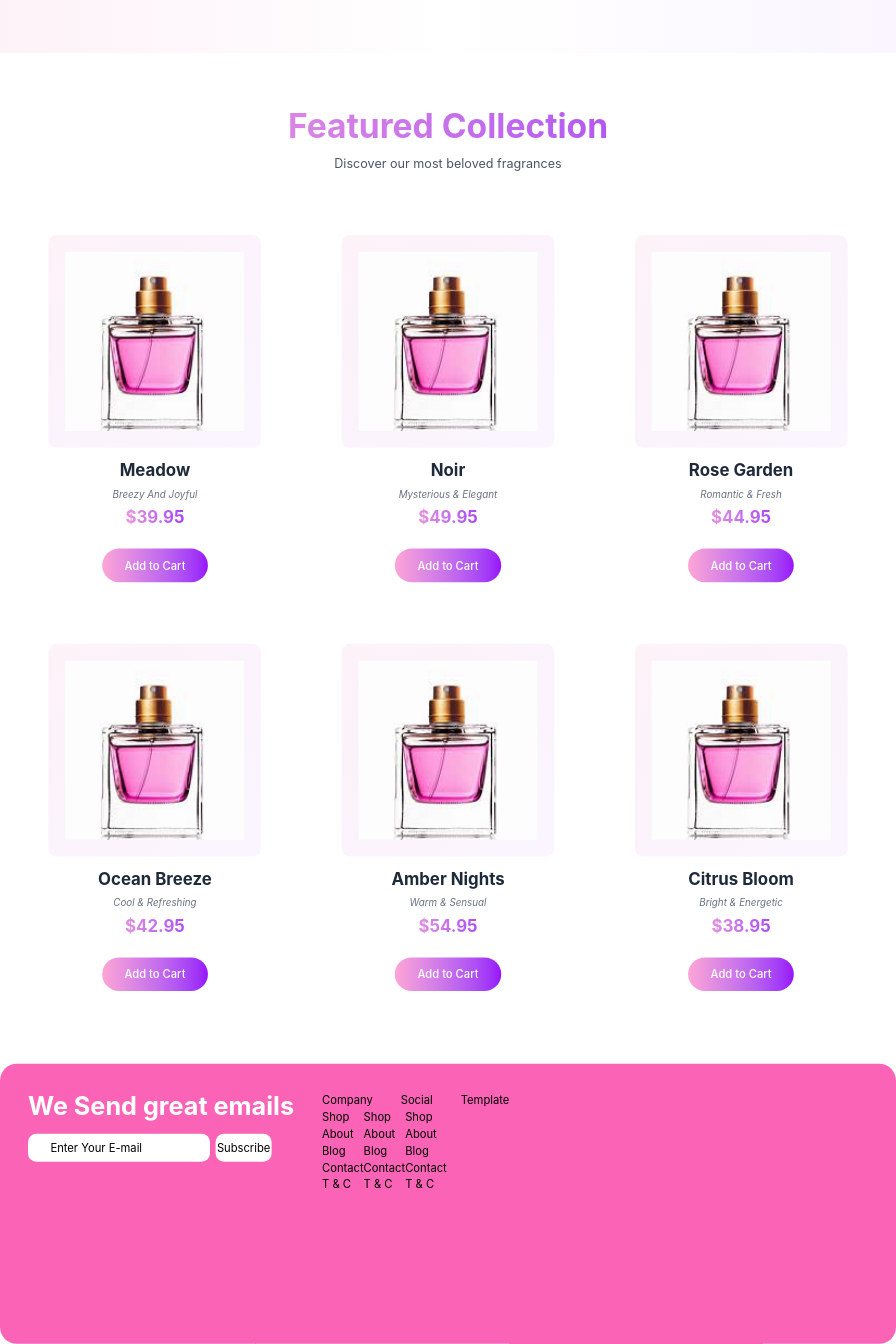
Repository: kiran2k5-ai/E-Commerce-Perfume
Page: /
These files come from the project's save history. The page is drawn as it stood at one moment and after a run of saves; the edit follows.
The browser window is 1280 px wide. The pictures show the part of the page from y = 904 to 2824 px (the page is 2824 px tall), at 70% of full size.
The project was rebuilt for these pictures with package versions that can differ from the ones it lists, and the page was loaded fresh each time. Also part of the build but not shown: vite.config.js.

Above is the page before, as saved 2026-02-04 12:52:33.

### index.html
<!doctype html>
<html lang="en">
  <head>
    <meta charset="UTF-8" />
    <link rel="icon" type="image/svg+xml" href="/vite.svg" />
    <meta name="viewport" content="width=device-width, initial-scale=1.0" />
    <title>perfume-ecommerce</title>
  </head>
  <body>
    <div id="root"></div>
    <script type="module" src="/src/main.jsx"></script>
  </body>
</html>

### src/index.css
@import "tailwindcss";

@layer base {
  * {
    scroll-behavior: smooth;
  }

  body {
    font-family: 'Inter', 'Segoe UI', Tahoma, Geneva, Verdana, sans-serif;
    -webkit-font-smoothing: antialiased;
    -moz-osx-font-smoothing: grayscale;
  }
}

@layer utilities {
  .animate-fade-in {
    animation: fadeIn 1.5s ease-in-out;
  }

  @keyframes fadeIn {
    from {
      opacity: 0;
      transform: translateY(30px);
    }
    to {
      opacity: 1;
      transform: translateY(0);
    }
  }
}

### src/App.jsx
import { useState } from 'react'
import './App.css'
import Navbar from './components/Navbar'
import Home from './pages/Home'

function App() {
  const [count, setCount] = useState(0)

  return (
    <>
      <Navbar></Navbar>
      <Home></Home>
    </>
  )
}

export default App

### src/components/Navbar.jsx
import React from 'react'

const Navbar = () => {
  return (
    <nav className=" fixed w-full bg-pink-100 z-50 left-0 md:px-16 py-4 rounded-4xl">
      <div className="flex items-center justify-between">

        <div className="flex gap-6">
          <a href="#" className="hover:underline">Shop</a>
          <a href="#" className="hover:underline">About</a>
        </div>

        <div className="font-semibold text-2xl">
          Perfume
        </div>

        <div className="flex gap-6">
          <a href="#" className="hover:underline">Blog</a>
          <a href="#" className="hover:underline">Contact</a>
        </div>

      </div>
    </nav>
  )
}

export default Navbar

### src/pages/Home.jsx
import React from 'react'
import { Swiper, SwiperSlide } from "swiper/react";
import { Mousewheel } from "swiper/modules";
import Gridbox from '../components/Gridbox';
import Footer from '../components/Footer';
import "swiper/css";

const Home = () => {
  const products = [
    { id: 1, name: "Meadow", description: "Breezy And Joyful", price: "$39.95", image: "src/images/image2.jpg" },
    { id: 2, name: "Noir", description: "Mysterious & Elegant", price: "$49.95", image: "src/images/image2.jpg" },
    { id: 3, name: "Rose Garden", description: "Romantic & Fresh", price: "$44.95", image: "src/images/image2.jpg" },
    { id: 4, name: "Ocean Breeze", description: "Cool & Refreshing", price: "$42.95", image: "src/images/image2.jpg" },
    { id: 5, name: "Amber Nights", description: "Warm & Sensual", price: "$54.95", image: "src/images/image2.jpg" },
    { id: 6, name: "Citrus Bloom", description: "Bright & Energetic", price: "$38.95", image: "src/images/image2.jpg" },
  ];

  return (
    <>
    {/* Hero Section */}
    <div className='relative h-screen overflow-hidden'>
      <div className="absolute inset-0 bg-gradient-to-br from-pink-200/30 via-purple-200/30 to-blue-200/30"></div>
      <img src="src\images\image3.jpg" alt="Hero" className='mt-10 absolute inset-0 w-full h-full object-cover mix-blend-overlay'/>
      <div className='absolute inset-0 flex flex-col items-center justify-center text-white px-6'>
        <h1 className='text-7xl md:text-7xl font-bold text-center leading-tight mb-6 animate-fade-in'>
          Elevate EveryDay<br />
          Moments To<br />
          <span className='bg-gradient-to-r from-pink-300 to-purple-300 bg-clip-text text-transparent'>Extraordinary</span>
        </h1>
        <p className='text-xl md:text-2xl text-gray-100 mt-4 font-light tracking-wide'>Discover Your Signature Scent</p>
        <button className='mt-10 px-10 py-4 bg-white text-gray-800 rounded-full font-semibold text-lg hover:bg-pink-100 hover:scale-105 transition-all duration-300 shadow-2xl'>
          Explore Collection
        </button>
      </div>
    </div>

    {/* Brand Showcase */}
    <div className="bg-gradient-to-r from-pink-50 via-white to-purple-50 py-20">
      <div className="max-w-7xl mx-auto px-8">
        <h2 className="text-center text-gray-400 uppercase tracking-widest text-sm mb-10 font-semibold">Featured Brands</h2>
        <div className="flex items-center justify-between flex-wrap gap-8 text-gray-700">
          <h1 className="font-light italic text-4xl hover:text-pink-600 transition-colors cursor-pointer">flow</h1>
          <h1 className="font-semibold tracking-wide text-4xl hover:text-pink-600 transition-colors cursor-pointer">NINO</h1>
          <h1 className="font-medium text-4xl hover:text-pink-600 transition-colors cursor-pointer">InTrend</h1>
          <h1 className="font-bold text-4xl hover:text-pink-600 transition-colors cursor-pointer">JUNE</h1>
          <h1 className="font-semibold tracking-widest text-4xl hover:text-pink-600 transition-colors cursor-pointer">ZINE</h1>
          <h1 className="font-extrabold text-4xl hover:text-pink-600 transition-colors cursor-pointer">MAX</h1>
        </div>
      </div>
    </div>

    {/* Featured Products Section */}
    <div className="bg-white py-20">
      <div className="max-w-7xl mx-auto px-8">
        <div className="text-center mb-16">
          <h2 className="text-5xl font-bold bg-gradient-to-r from-pink-300 to-purple-600 bg-clip-text text-transparent mb-4">
            Featured Collection
          </h2>
          <p className="text-gray-600 text-lg">Discover our most beloved fragrances</p>
        </div>

        <div className="grid grid-cols-1 md:grid-cols-2 lg:grid-cols-3 gap-10">
          {products.map((product) => (
            <Gridbox
              key={product.id}
              name={product.name}
              description={product.description}
              price={product.price}
              image={product.image}
            />
          ))}
        </div>
      </div>
    </div>
    <Footer></Footer>

    </>
  )
}

export default Home

### src/components/Gridbox.jsx
import React from 'react'

const Gridbox = ({ image, name, description, price }) => {
  return (
    <div className="group flex flex-col items-center text-center gap-4 p-6 rounded-2xl bg-white hover:shadow-2xl transition-all duration-500 transform hover:-translate-y-2">

      <div className="relative overflow-hidden rounded-xl bg-gradient-to-br from-pink-50 to-purple-50 p-6">
        <img
          src={image}
          alt={name}
          className="w-64 h-64 object-cover transition-transform duration-500 group-hover:scale-110"
        />
        <div className="absolute inset-0 bg-gradient-to-t from-black/10 to-transparent opacity-0 group-hover:opacity-100 transition-opacity duration-300"></div>
      </div>

      <div className="space-y-2">
        <h2 className="text-2xl font-bold text-gray-800">{name}</h2>
        <p className="text-sm text-gray-500 italic">{description}</p>
        <p className="text-2xl font-bold bg-gradient-to-r from-pink-300 to-purple-600 bg-clip-text text-transparent">{price}</p>
      </div>

      <button
        className="mt-3 px-8 py-3 bg-gradient-to-r from-pink-300 to-purple-600 text-white rounded-full hover:shadow-lg hover:scale-105 transition-all duration-300 font-medium"
      >
        Add to Cart
      </button>

    </div>
  )
}

export default Gridbox

### src/components/Footer.jsx
import React from 'react'

const Footer = () => {
  return (
    <div className='flex justify-center'>
      <div className='h-100 w-350 bg-pink-400 rounded-3xl flex flex-row '>
        <div className='mt-10 ml-10 '>
            <h2 className='font-bold text-4xl  text-white'>We Send great emails</h2>
            <div className='flex flex-row gap-2 mt-5'>
            <input type="text" className='bg-white rounded-xl w-65 h-10 px-3 placeholder-black placeholder:px-5 hover:bg-none' placeholder='Enter Your E-mail'/>
            <button className=' bg-white w-20 h-10 rounded-xl text-black hover:bg-gradient-to-r from-pink-300 to-purple-600'>Subscribe</button>
            </div>
        </div>
        <div className='mt-10 ml-10'>
            <div className='flex flex-row gap-10'>
                <h1>Company</h1>
                <h1>Social</h1>
                <h1>Template</h1>
            </div>
            <div className='flex flex-row'>
                <div className = 'flex flex-col'>
                    <a href="">Shop</a>
                    <a href="">About </a>
                    <a href="">Blog</a>
                    <a href="">Contact</a>
                    <a href="">T & C</a>
                </div>
                <div className = 'flex flex-col'>
                    <a href="">Shop</a>
                    <a href="">About </a>
                    <a href="">Blog</a>
                    <a href="">Contact</a>
                    <a href="">T & C</a>
                </div >
                <div className = 'flex flex-col'>
                    <a href="">Shop</a>
                    <a href="">About </a>
                    <a href="">Blog</a>
                    <a href="">Contact</a>
                    <a href="">T & C</a>
                </div>
            </div>
        </div>
      </div>
    </div>
  )
}

export default Footer

Loaded but not shown: src/main.jsx (common file); src/App.css (common file)

After the next 4 saves:
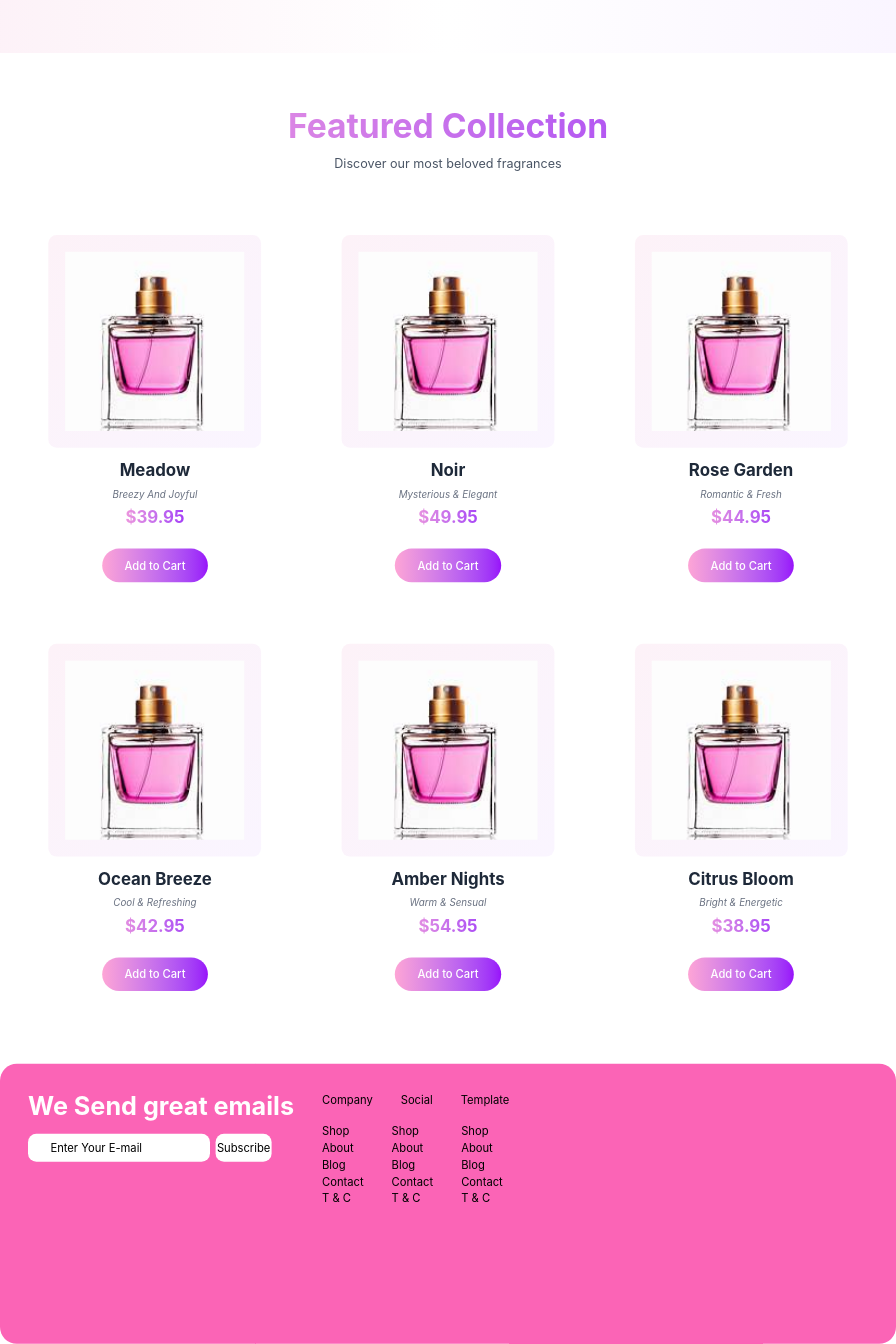
The 4 saves are shown as one change because they came seconds apart.
The last was saved 14 s later.
--- a/src/components/Footer.jsx
+++ b/src/components/Footer.jsx
@@ -17,7 +17,7 @@ const Footer = () => {
                 <h1>Social</h1>
                 <h1>Template</h1>
             </div>
-            <div className='flex flex-row'>
+            <div className='flex flex-row gap-10 mt-5'>
                 <div className = 'flex flex-col'>
                     <a href="">Shop</a>
                     <a href="">About </a>
